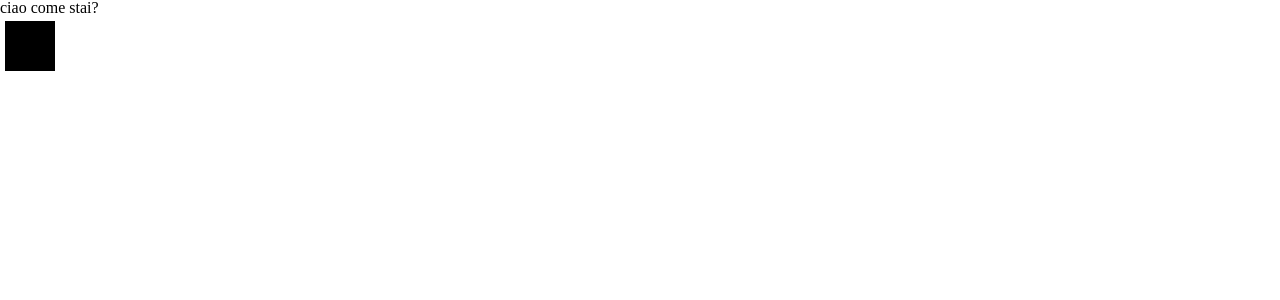
Repository: sokafootball/etch-a-sketc
Page: index.html
The author's editor kept a copy of each file at every save. The page is drawn from the files as they stood at one save, then again after the next save.
The browser window is 1280 px wide. The pictures show the whole page.

Above is the page before, as saved 2020-04-16 20:38:01.

After the next save:
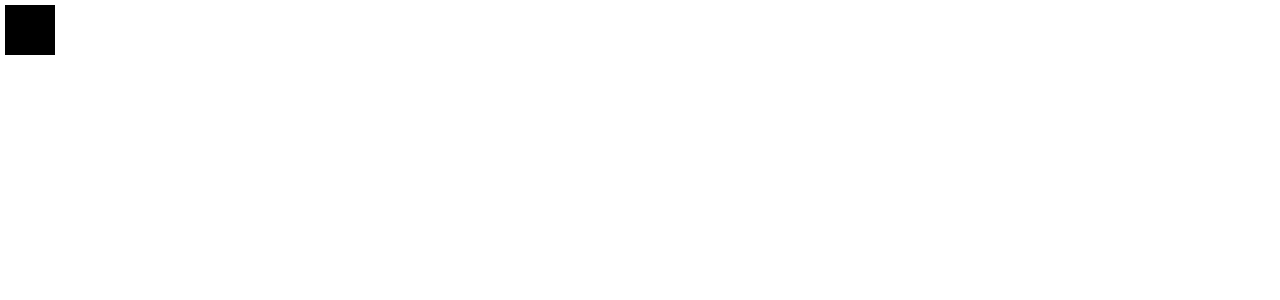
Saved 28 s later.
--- a/index.html
+++ b/index.html
@@ -4,7 +4,6 @@
   <link rel="stylesheet" type="text/css" href="style.css">
 </head>
 <body>
-<p>ciao come stai?</p>
 <div id="grid-div"></div>
 <script type="text/javascript" src="script.js"></script>
 </body>
